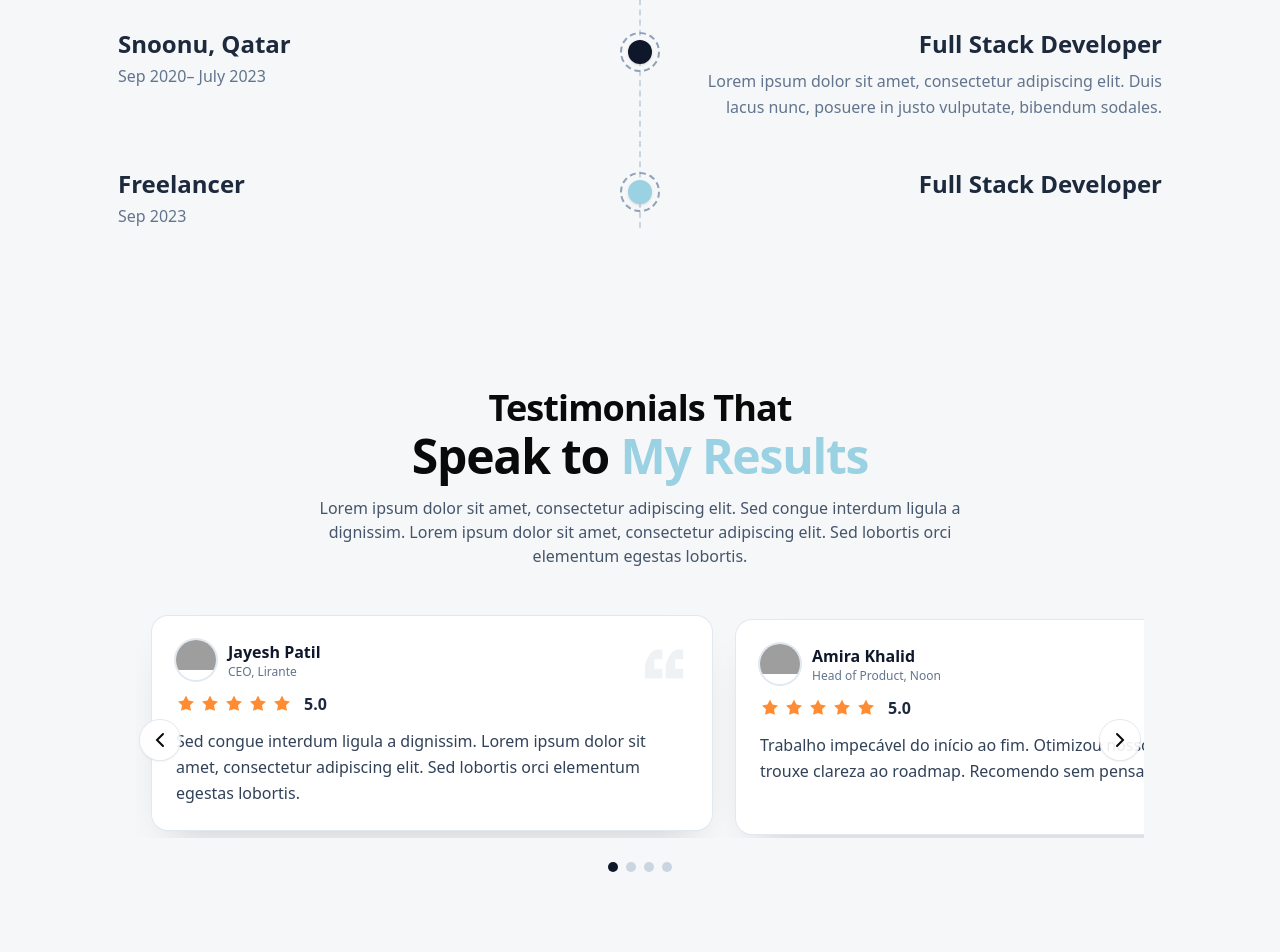
Repository: nina-rebello/portfolio
Page: /
These files come from the project's save history. The page is drawn as it stood at one moment and after the next save; the edit follows.
The browser window is 1280 px wide. The pictures show the part of the page from y = 2385 to 3337 px (the page is 3337 px tall).
Pictures or frames that could not be fetched are drawn as grey boxes. The project was rebuilt for these pictures with package versions that can differ from the ones it lists, and the page was loaded fresh each time. Some packages were replaced by stand-ins written for this rebuild. The framework's server and built-in components were replaced by stand-ins that run in the browser. Also part of the build but not shown: next.config.ts.

Above is the page before, as saved 2025-09-11 19:03:17.

### app/page.tsx
// app/page.tsx
import Header from "@/components/header/Header";
import AboutMe from "@/components/sections/About";
import Hero from "@/components/sections/Hero";
import Projects from "@/components/sections/Projects";
import Services from "@/components/sections/Services";
import Testimonials from "@/components/sections/Testimonials";
import WorkExperience from "@/components/sections/WorkExperience";

export default function HomePage() {
  return (
    <>
      <Header />
      <main>
        <Hero />
        <AboutMe />
        <Services />
        <Projects />
        <WorkExperience />
        <Testimonials />
      </main>
    </>
  );
}

### app/globals.css
@import "tailwindcss";
/* app/(styles)/header.css */
:root{
  --bg:#f6f7f8;           /* fundo clarinho do mock */
  --ink:#0a0a0a;          /* texto principal */
  --muted:#4b5563;        /* texto secundário */
  --pill:#ffffff;         /* fundo do header/cta pill */
  --brand:#9ad1e3;        /* azul do “Nina” e estrelas */
}

html,body{background:var(--bg); color:var(--ink);}

/* helpers */
.container-hero{max-width:1100px; margin-inline:auto; padding-inline:clamp(16px,3vw,28px);}
.glass{
  background:var(--pill);
  border:1px solid rgba(0,0,0,.08);
  box-shadow:0 6px 24px rgba(0,0,0,.08);
}
.btn-pill{
  border-radius:9999px; padding:10px 18px; font-weight:600;
  background:#111; color:#fff; border:1px solid rgba(255,255,255,.1);
  transition:transform .15s ease, box-shadow .15s ease, opacity .2s ease;
}
.btn-pill:hover{ transform:translateY(-1px); box-shadow:0 8px 24px rgba(0,0,0,.18);}
.nav-link{ padding:10px 14px; border-radius:12px; font-weight:600; }
.nav-link:hover{ background:rgba(0,0,0,.04); }

.no-scrollbar::-webkit-scrollbar{ display:none; }
.no-scrollbar{ -ms-overflow-style:none; scrollbar-width:none; }

### components/header/Header.tsx
"use client";

import Link from "next/link";
import { useState, useEffect } from "react";
import { Menu, X } from "lucide-react";

const NAV = [
  { label: "About", href: "#about" },
  { label: "Services", href: "#services" },
  { label: "Projects", href: "#projects" },
  { label: "Contact", href: "#contact" },
];

export default function Header() {
  const [open, setOpen] = useState(false);

  // fecha o menu ao navegar/scroll
  useEffect(() => {
    const close = () => setOpen(false);
    window.addEventListener("scroll", close);
    return () => window.removeEventListener("scroll", close);
  }, []);

  return (
    <header className="sticky top-7 z-50">
      <div className="container-hero">
        <div
          className="glass flex items-center justify-between rounded-[32px] px-4 sm:px-6 py-1.5"
          role="navigation"
          aria-label="Primary"
        >
          {/* logo / nome */}
          <Link href="/" className="font-bold tracking-tight text-xl sm:text-2xl">
            Nina
          </Link>

          {/* desktop nav */}
          <nav className="hidden md:flex items-center gap-1">
            {NAV.map((i) => (
              <a key={i.href} href={i.href} className="nav-link">
                {i.label}
              </a>
            ))}
          </nav>

          {/* CTA */}
          <div className="hidden md:block">
            <a href="#contact" className="btn-pill">Let’s Talk</a>
          </div>

          {/* mobile toggle */}
          <button
            aria-label="Abrir menu"
            className="md:hidden p-2 rounded-xl hover:bg-black/5"
            onClick={() => setOpen((v) => !v)}
          >
            {open ? <X /> : <Menu />}
          </button>
        </div>

        {/* mobile sheet */}
        {open && (
          <div className="md:hidden mt-2 glass rounded-3xl p-3">
            <nav className="grid gap-1">
              {NAV.map((i) => (
                <a
                  key={i.href}
                  href={i.href}
                  className="nav-link"
                  onClick={() => setOpen(false)}
                >
                  {i.label}
                </a>
              ))}
              <a href="#contact" className="btn-pill text-center mt-1">
                Let’s Talk
              </a>
            </nav>
          </div>
        )}
      </div>
    </header>
  );
}

### components/sections/About.tsx
export default function AboutMe() {
  return (
    <section id="about" className="bg-[#111] text-white  py-11 sm:py-15 mt-4 sm:mt-20">
      <div className="container-hero text-center">
        <h2 className="text-3xl sm:text-4xl font-extrabold mb-6">
          About Me
        </h2>
        <p className="max-w-2xl mx-auto text-lg text-gray-300 leading-relaxed">
          I’m a passionate website developer focused on building
          clean, responsive, and user-friendly websites.
          {/* <br /> */}
          With strong attention to detail and a love for design,
          I combine creativity with functionality.
        </p>
      </div>
    </section>
  );
}

### components/sections/Hero.tsx
import { Quote, Star } from "lucide-react";

function HelloBubble() {
  return (
    <div className="inline-flex items-center gap-2">
      <span className="inline-flex items-center justify-center rounded-full border px-4 py-2 text-sm font-semibold">
        Hello!
      </span>
    </div>
  );
}

export default function Hero() {
  return (
    <section className="pt-20 sm:pt-28">
      <div className="container-hero">
        {/* bloco principal */}
        <div className="text-center">
          <div className="mb-6 sm:mb-8">
            <HelloBubble />
          </div>

          <p className="text-4xl sm:text-5xl md:text-6xl font-bold tracking-tight">
            I’m{" "}
            <span style={{ color: "var(--brand)" }}>
              Nina
            </span>
            ,
          </p>
          <h1 className="mt-2 text-4xl sm:text-6xl md:text-7xl font-bold tracking-tight">
            Website Developer
          </h1>
        </div>

        {/* faixa inferior: quote esquerda / rating direita */}
        <div className="mt-16 grid grid-cols-1 md:grid-cols-2 gap-8 items-start">
          {/* quote */}
          <div className="flex gap-3">
            <div className="mt-1">
              <Quote className="text-[var(--brand)]" />
            </div>
            <div>
              <p className="font-semibold">
                Lorem ipsum dolor sit amet, consectetur adipiscing elit
              </p>
              <p className="text-[var(--muted)]">
                sed do eiusmod tempor incididunt ut labore et dolore magna aliqua.
              </p>
            </div>
          </div>

          {/* rating / experiência */}
          <div className="flex md:justify-end">
            <div className="text-right">
              <div className="flex justify-end gap-1 mb-2" aria-label="5 out of 5 stars">
                {Array.from({ length: 5 }).map((_, i) => (
                  <Star key={i} className="text-[var(--brand)]" fill="currentColor" size={22} />
                ))}
              </div>
              <div className="text-3xl sm:text-4xl font-bold">2 Years</div>
              <div className="text-[var(--muted)]">Experience</div>
            </div>
          </div>
        </div>
      </div>
    </section>
  );
}

### components/sections/Services.tsx
import Image from "next/image";

const services = [
  {
    icon: "/icons/icons8-source-code-96.png",
    title: "Software Development",
    desc: "Custom applications built to solve real problems.",
  },
  {
    icon: "/icons/icons8-internet-100.png",
    title: "Web Development",
    desc: "Modern, scalable and optimized websites.",
  },
  {
    icon: "/icons/icons8-web-100.png",
    title: "Web Design",
    desc: "In partnership with Luana Rebello, focused on elegant UI.",
  },
];

export default function Services() {
  return (
    <section id="services" className="relative overflow-hidden">
      {/* === gradientes de fundo === */}
      <div className="absolute inset-0 z-0 pointer-events-none select-none">
        <Image
          src="/gradients/light-leak-blur-transparent-free-png.png"
          alt=""
          width={1400}
          height={1000}
          className="absolute -top-10 left-200 w-[1000px] opacity-80"
          priority
        />
        <Image
          src="/gradients/blur-gradient.png"
          alt=""
          width={760}
          height={760}
          className="absolute top-44 right-230 w-[860px] opacity-70"
        />
      </div>

      {/* === faixa branca por cima dos gradientes === */}
      <div className="relative z-10 bg-white pt-20 pb-18 text-center">
        <div className="container-hero">
          <h2 className="text-3xl sm:text-4xl font-extrabold mb-6">Services</h2>
          <p className="max-w-3xl mx-auto text-gray-700">
            Lorem ipsum dolor sit amet consectetur. Mollis erat duis aliquam
            mauris est risus lectus. Phasellus consequat urna tellus
          </p>
        </div>
        {/* fade branco para transição suave */}
        <div className="absolute bottom-0 left-0 right-0 h-12 bg-gradient-to-b from-white to-transparent" />
      </div>

      {/* === grid de cards === */}
    <div className="relative z-10 container-hero py-16">
      <div className="grid gap-8 sm:grid-cols-2 lg:grid-cols-3">
        {services.map((s) => (
          <div
            key={s.title}
            className="rounded-2xl p-8 backdrop-blur-md bg-white/40
                      border border-black/10 shadow-[0_8px_24px_rgba(0,0,0,0.08)]
                      transition hover:shadow-[0_12px_32px_rgba(0,0,0,0.12)]"
          >
            <div className="flex flex-col items-start text-left">
              <Image
                src={s.icon}
                alt={s.title}
                width={50}
                height={50}
                className="mb-4 opacity-90"
              />
              <h3 className="font-semibold text-2xl mb-3">{s.title}</h3>
              <p className="text-gray-600 text-sm leading-relaxed">{s.desc}</p>
              {s.title === "Web Design" && (
                <p className="mt-4 text-xs text-gray-500">
                  Em parceria com Luana Rebello
                </p>
              )}
            </div>
          </div>
        ))}
      </div>
    </div>
    </section>
  );
}

### components/sections/Testimonials.tsx
"use client";

import { useEffect, useRef, useState } from "react";
import Image from "next/image";

type Testimonial = {
  id: string;
  name: string;
  role: string;
  avatar: string;  // caminho local em /public ou URL
  rating: number;  // 0–5
  text: string;
};

const DATA: Testimonial[] = [
  {
    id: "t1",
    name: "Jayesh Patil",
    role: "CEO, Lirante",
    avatar: "/avatars/jayesh.jpg",
    rating: 5,
    text:
      "Sed congue interdum ligula a dignissim. Lorem ipsum dolor sit amet, consectetur adipiscing elit. Sed lobortis orci elementum egestas lobortis.",
  },
  {
    id: "t2",
    name: "Amira Khalid",
    role: "Head of Product, Noon",
    avatar: "/avatars/amira.jpg",
    rating: 5,
    text:
      "Trabalho impecável do início ao fim. Otimizou nossos fluxos e trouxe clareza ao roadmap. Recomendo sem pensar duas vezes.",
  },
  {
    id: "t3",
    name: "Lucas Prado",
    role: "CTO, Cidvise",
    avatar: "/avatars/lucas.jpg",
    rating: 4.5,
    text:
      "Entrega consistente, documentação excelente e olho clínico para design de sistemas. A parceria elevou nosso padrão.",
  },
  {
    id: "t4",
    name: "Maha Al-Thani",
    role: "Program Director, Expo",
    avatar: "/avatars/maha.jpg",
    rating: 5,
    text:
      "Execução rápida e com muita atenção aos detalhes visuais. A experiência final ficou elegante e performance ótima.",
  },
];

function Stars({ value }: { value: number }) {
  const full = Math.floor(value);
  const half = value - full >= 0.5;
  const empty = 5 - full - (half ? 1 : 0);
  return (
    <div className="flex items-center gap-1">
      {Array.from({ length: full }).map((_, i) => (
        <svg key={"f" + i} viewBox="0 0 20 20" className="h-5 w-5" aria-hidden>
          <path d="M10 1.6l2.47 5.01 5.53.8-4 3.9.94 5.5L10 14.9 5.06 16.8 6 11.3l-4-3.9 5.53-.8L10 1.6z" fill="#ff8c32" />
        </svg>
      ))}
      {half && (
        <svg viewBox="0 0 20 20" className="h-5 w-5" aria-hidden>
          <defs>
            <linearGradient id="half">
              <stop offset="50%" stopColor="#ff8c32" />
              <stop offset="50%" stopColor="transparent" />
            </linearGradient>
          </defs>
          <path d="M10 1.6l2.47 5.01 5.53.8-4 3.9.94 5.5L10 14.9 5.06 16.8 6 11.3l-4-3.9 5.53-.8L10 1.6z" fill="url(#half)" stroke="#ff8c32" />
        </svg>
      )}
      {Array.from({ length: empty }).map((_, i) => (
        <svg key={"e" + i} viewBox="0 0 20 20" className="h-5 w-5" aria-hidden>
          <path d="M10 1.6l2.47 5.01 5.53.8-4 3.9.94 5.5L10 14.9 5.06 16.8 6 11.3l-4-3.9 5.53-.8L10 1.6z" fill="none" stroke="#ff8c32" />
        </svg>
      ))}
      <span className="ml-2 font-semibold text-slate-800">{value.toFixed(1)}</span>
    </div>
  );
}

export default function Testimonials() {
  const trackRef = useRef<HTMLDivElement | null>(null);
  const [active, setActive] = useState(0);

  // Atualiza card ativo com base no scroll
  useEffect(() => {
    const el = trackRef.current;
    if (!el) return;
    let rAF = 0;

    const update = () => {
      const { scrollLeft, clientWidth } = el;
      const idx = Math.round(scrollLeft / (clientWidth * 0.84)); // 84% = largura do card + gap
      setActive(idx);
    };

    const onScroll = () => {
      cancelAnimationFrame(rAF);
      rAF = requestAnimationFrame(update);
    };
    el.addEventListener("scroll", onScroll, { passive: true });
    return () => {
      el.removeEventListener("scroll", onScroll);
      cancelAnimationFrame(rAF);
    };
  }, []);

  // teclas ← →
  useEffect(() => {
    const onKey = (e: KeyboardEvent) => {
      if (e.key === "ArrowRight") go(1);
      if (e.key === "ArrowLeft") go(-1);
    };
    window.addEventListener("keydown", onKey);
    return () => window.removeEventListener("keydown", onKey);
  }, []);

  const go = (dir: -1 | 1) => {
    const el = trackRef.current;
    if (!el) return;
    const cards = el.querySelectorAll<HTMLDivElement>('[data-card="t"]');
    const next = Math.max(0, Math.min(cards.length - 1, active + dir));
    const target = cards[next];
    target?.scrollIntoView({ behavior: "smooth", inline: "center", block: "nearest" });
  };

  return (
    <section id="testimonials" className="relative py-20">
      <div className="mx-auto max-w-5xl px-4 sm:px-6">
        {/* Heading */}
        <div className="text-center">
          <h2 className="text-3xl sm:text-4xl font-extrabold tracking-tight">
            Testimonials That
          </h2>
          <h3 className="mt-1 text-3xl sm:text-5xl font-bold tracking-tight">
            Speak to <span className="text-[var(--brand,#8bd5e3)]">My Results</span>
          </h3>
          <p className="mx-auto mt-4 max-w-2xl text-slate-600">
            Lorem ipsum dolor sit amet, consectetur adipiscing elit. Sed congue interdum
            ligula a dignissim. Lorem ipsum dolor sit amet, consectetur adipiscing elit.
            Sed lobortis orci elementum egestas lobortis.
          </p>
        </div>



        {/* Track */}
        <div className="relative mt-10">
          {/* controls */}
          <div className="absolute -left-3 top-1/2 z-10 hidden -translate-y-1/2 md:block">
            <button
              aria-label="Previous"
              onClick={() => go(-1)}
              className="rounded-full bg-white/90 p-2 shadow ring-1 ring-slate-200 hover:bg-white transition"
            >
              <svg viewBox="0 0 24 24" className="h-6 w-6"><path d="M15 6l-6 6 6 6" stroke="currentColor" strokeWidth="2" fill="none" strokeLinecap="round" /></svg>
            </button>
          </div>
          <div className="absolute -right-3 top-1/2 z-10 hidden -translate-y-1/2 md:block">
            <button
              aria-label="Next"
              onClick={() => go(1)}
              className="rounded-full bg-white/90 p-2 shadow ring-1 ring-slate-200 hover:bg-white transition"
            >
              <svg viewBox="0 0 24 24" className="h-6 w-6"><path d="M9 6l6 6-6 6" stroke="currentColor" strokeWidth="2" fill="none" strokeLinecap="round" /></svg>
            </button>
          </div>

          {/* scroller */}
          <div
            ref={trackRef}
            className="no-scrollbar relative -mx-4 flex snap-x snap-mandatory scroll-pl-4 gap-6 overflow-x-auto px-4 py-2"
          >
            {DATA.map((t, i) => (
              <div
                key={t.id}
                data-card="t"
                className={`group relative w-[84%] min-w-[84%] max-w-[84%] snap-center rounded-2xl bg-white shadow-[0_1px_0_0_rgba(0,0,0,0.04),0_20px_40px_-20px_rgba(2,6,23,0.2)] ring-1 ring-slate-200 transition-transform md:w-[560px] md:min-w-[560px] md:max-w-[560px] ${i === active ? "translate-y-0" : "translate-y-1"}`}
              >
                {/* quote mark */}
                <div className="pointer-events-none absolute right-6 top-6 opacity-30">
                  <svg viewBox="0 0 60 60" className="h-12 w-12">
                    <path
                      d="M18 12h10v12H18v12h10v12H6V36c0-6 2-12 6-18 4-6 10-6 12-6zm26 0h10v12H44v12h10v12H32V36c0-6 2-12 6-18 4-6 10-6 12-6z"
                      fill="#cbd5e1"
                    />
                  </svg>
                </div>

                <div className="p-5 sm:p-6">
                  {/* header */}
                  <div className="flex items-center gap-3">
                    <div className="h-10 w-10 overflow-hidden rounded-full ring-2 ring-slate-200">
                      <Image src={t.avatar} alt={t.name} width={40} height={40} />
                    </div>
                    <div>
                      <div className="font-semibold text-slate-900">{t.name}</div>
                      <div className="text-xs text-slate-500">{t.role}</div>
                    </div>
                  </div>

                  {/* rating */}
                  <div className="mt-3">
                    <Stars value={t.rating} />
                  </div>

                  {/* text */}
                  <p className="mt-3 leading-relaxed text-slate-700">
                    {t.text}
                  </p>
                </div>

                {/* subtle hover glow */}
                <div className="pointer-events-none absolute inset-x-6 bottom-0 h-24 translate-y-8 rounded-[28px] bg-[radial-gradient(60%_60%_at_50%_0%,rgba(139,213,227,0.35),rgba(139,213,227,0)_60%)] opacity-0 transition-opacity duration-500 group-hover:opacity-100" />
              </div>
            ))}
          </div>

          {/* dots */}
          <div className="mt-6 flex justify-center gap-2">
            {DATA.map((_, i) => (
              <button
                key={i}
                aria-label={`Ir para depoimento ${i + 1}`}
                onClick={() => {
                  const el = trackRef.current?.querySelectorAll<HTMLDivElement>('[data-card="t"]')[i];
                  el?.scrollIntoView({ behavior: "smooth", inline: "center", block: "nearest" });
                }}
                className={`h-2.5 w-2.5 rounded-full transition ${i === active ? "bg-slate-900" : "bg-slate-300 hover:bg-slate-400"}`}
              />
            ))}
          </div>
        </div>
      </div>

      {/* gradient de fundo suave como no mock */}
      <div className="pointer-events-none absolute inset-x-0 bottom-0 -z-10 h-64 bg-[radial-gradient(60%_80%_at_50%_0%,rgba(139,213,227,0.35),rgba(139,213,227,0)_60%)]" />

      <style jsx global>{`
        .no-scrollbar { scrollbar-width: none; }
        .no-scrollbar::-webkit-scrollbar { display: none; }
      `}</style>
    </section>
  );
}

Loaded but not shown: app/layout.tsx (common file); components/sections/Projects.tsx (277 lines, source omitted); components/sections/WorkExperience.tsx (176 lines, source omitted)

After the next save:
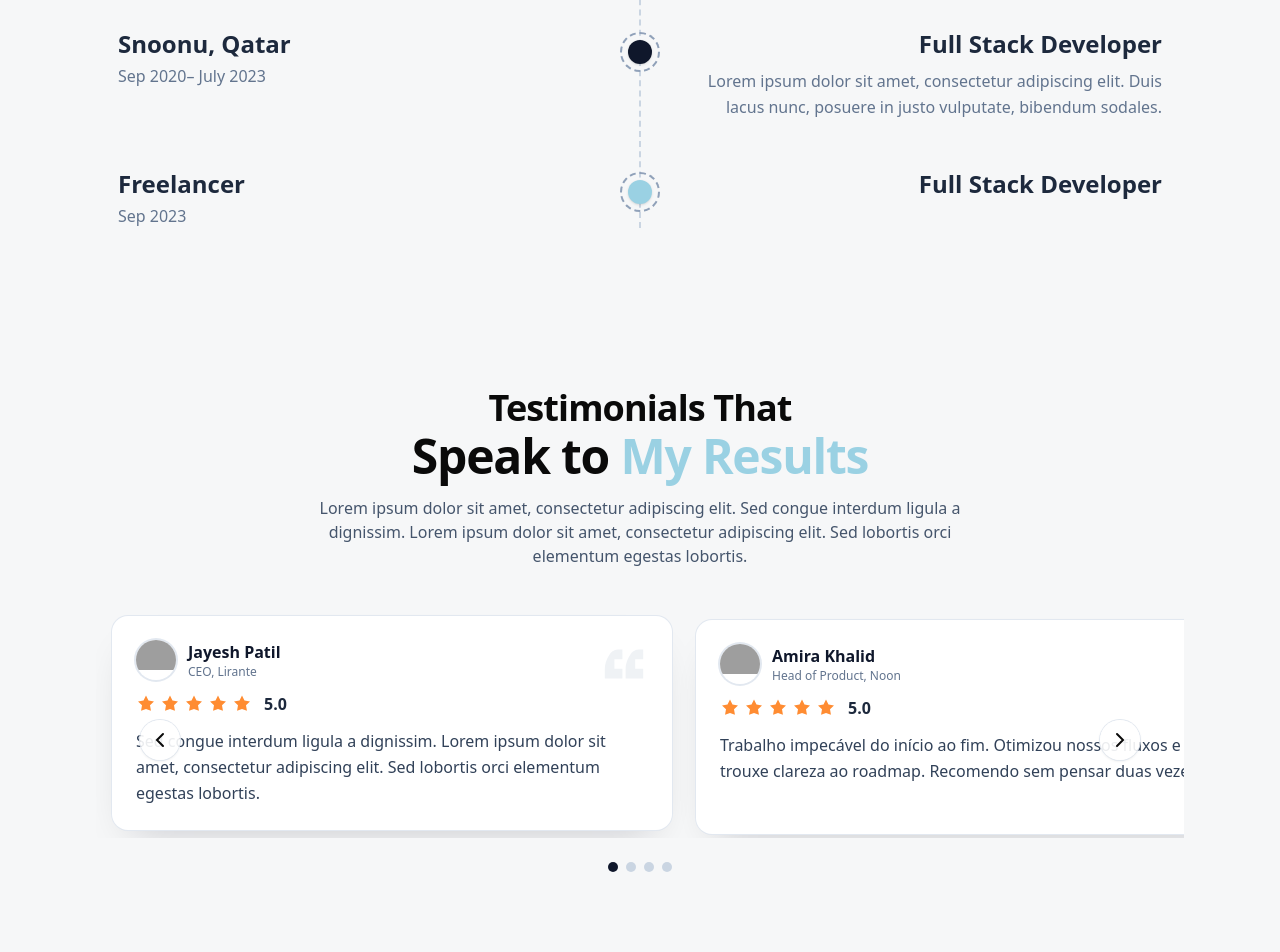
Saved 28 s later.
--- a/components/sections/Testimonials.tsx
+++ b/components/sections/Testimonials.tsx
@@ -174,7 +174,7 @@ export default function Testimonials() {
           {/* scroller */}
           <div
             ref={trackRef}
-            className="no-scrollbar relative -mx-4 flex snap-x snap-mandatory scroll-pl-4 gap-6 overflow-x-auto px-4 py-2"
+            className="no-scrollbar relative -mx-14 flex snap-x snap-mandatory scroll-pl-4 gap-6 overflow-x-auto px-4 py-2"
           >
             {DATA.map((t, i) => (
               <div
